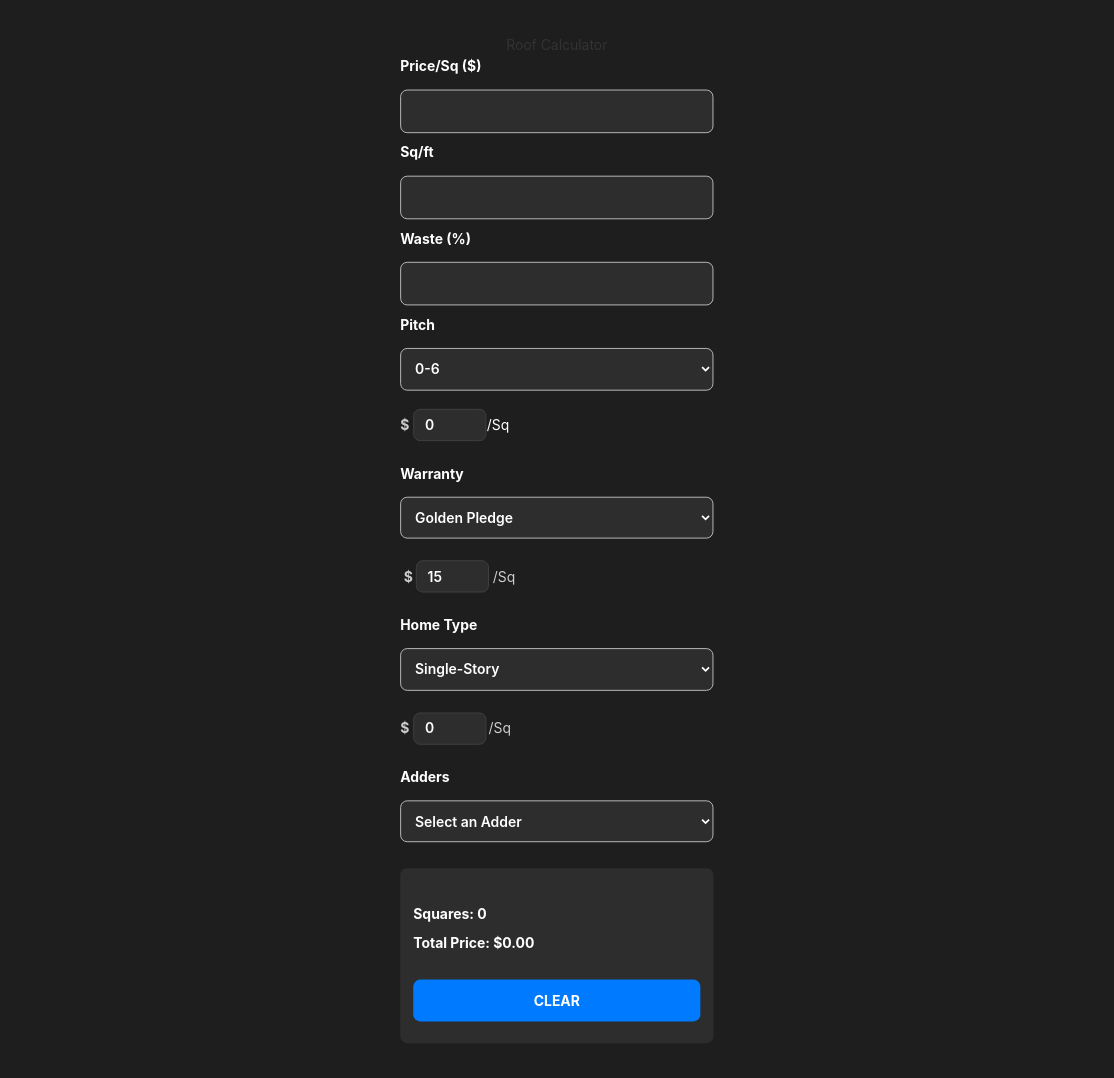
Repository: Tripp-L/roof-calc-app
Page: /
An editor plug-in stored every save of this project. The page is shown before and after the next save, followed by the edit.
The browser window is 1280 px wide. The pictures show the whole page, at 87% of full size.
The project was rebuilt for these pictures with package versions that can differ from the ones it lists, and the page was loaded fresh each time.

Above is the page before, as saved 2024-10-17 23:27:54.

### public/index.html
<!DOCTYPE html>
<html lang="en">
  <head>
    <meta charset="utf-8" />
    <meta name="viewport" content="width=device-width, initial-scale=1" />
    <title>Roof Calc App</title>
  </head>
  <body>
    <noscript>You need to enable JavaScript to run this app.</noscript>
    <div id="root"></div>
  </body>
</html>

### src/App.js
import React from 'react';
import RoofCalculator from './RoofCalculator';
import './App.css';

function App() {
  return (
    <div className="App">
      <RoofCalculator />
    </div>
  );
}

export default App;

### src/RoofCalculator.js
import React, { useState, useEffect, useCallback } from 'react';
import './RoofCalculator.css'; // Make sure to create this CSS file
import { debounce } from 'lodash'; // Make sure to install lodash

const RoofCalculator = () => {
  const [pricePerSq, setPricePerSq] = useState('');  // Initialize to empty string
  const [sqFt, setSqFt] = useState('');  // Keep this as empty string
  const [waste, setWaste] = useState('');  // Initialize to empty string
  const [pitch, setPitch] = useState('0-6');
  const [warranty, setWarranty] = useState('Golden Pledge');
  const [warrantyPrice, setWarrantyPrice] = useState('15');
  const [homeType, setHomeType] = useState('single');
  const [homeTypePrice, setHomeTypePrice] = useState('0');
  const [twoStoryPrice, setTwoStoryPrice] = useState('5');
  const [threeStoryPrice, setThreeStoryPrice] = useState('35');
  const [adder, setAdder] = useState('none');
  const [adderQuantity, setAdderQuantity] = useState('0');
  const [squares, setSquares] = useState(0);  // Initialize squares to 0
  const [totalPrice, setTotalPrice] = useState(0);
  const [pitchPrice, setPitchPrice] = useState('0');
  const [selectedAdders, setSelectedAdders] = useState({});

  // Define default values
  const defaultValues = {
    sqFt: '',
    waste: '10',
    pricePerSq: '',
    pitch: '0-6',
    pitchPrice: '0',
    homeType: 'single',
    homeTypePrice: '0',
    warranty: 'Golden Pledge',
    warrantyPrice: '15',
    adder: 'none',
    adderQuantity: '0'
  };

  // Function to reset all fields to default values
  // const handleClear = () => { ... };

  const pitchOptions = {
    '0-6': '0',
    '7-9': '35',
    '10-12': '55',
    '13+': '90'
  };

  const homeTypePrices = {
    'Single-Story Home': 0,
    '2-Story Home (+$/sq)': 5,
    '3-Story Home (+$/sq)': 35
  };

  const warrantyOptions = {
    'Golden Pledge': '15',
    'Silver Pledge': '11',
    'Systems': '8'
  };

  const homeTypeOptions = {
    'single': { label: 'Single-Story', price: '0' },
    'two-story': { label: '2-Story', price: '10' },
    'three-story': { label: '3-Story', price: '35' }
  };

  const adderOptions = {
    'none': { label: 'Select an Adder', price: '0' },
    'ultimate_pipe_boot': { label: 'Ultimate Pipe Boot (Neoprene)', price: '100', unit: 'Boot' },
    'soffit': { label: 'Soffit (under 12")', price: '18', unit: 'Ft' },
    'gutters_1story': { label: 'Gutters (5"-6" 1-Story)', price: '12', unit: 'Ft' },
    'gutters_2story': { label: 'Gutters (5"-6" 2-story)', price: '15', unit: 'Ft' },
    'osb': { label: 'OSB (Plywood Layer)', price: '100', unit: 'Sheet' }
  };

  const calculateTotal = () => {
    let total = 0;

    // Base calculation
    const baseSquares = Math.round(parseFloat(sqFt) / 100) || 0;
    const adjustedSquares = Math.round(baseSquares * (1 + (parseFloat(waste) || 0) / 100));
    total += adjustedSquares * (parseFloat(pricePerSq) || 0);

    // Add pitch price
    total += adjustedSquares * (parseFloat(pitchPrice) || 0);

    // Add home type price
    total += adjustedSquares * (parseFloat(homeTypePrice) || 0);

    // Add warranty price
    total += adjustedSquares * (parseFloat(warrantyPrice) || 0);

    // Add adder prices
    Object.entries(selectedAdders).forEach(([adderKey, quantity]) => {
      const adderPrice = parseFloat(adderOptions[adderKey].price);
      total += adderPrice * quantity;
    });

    setTotalPrice(Math.round(total * 100) / 100); // Round to 2 decimal places
    setSquares(adjustedSquares);
  };

  // Call calculateTotal whenever any input changes
  useEffect(() => {
    calculateTotal();
  }, [sqFt, waste, pricePerSq, pitchPrice, homeTypePrice, warrantyPrice, selectedAdders]);

  // Debounced calculation function
  const debouncedCalculate = debounce(calculateTotal, 300);

  // Input validation example
  const handleNumericInput = (e, setter, min = 0, max = Infinity) => {
    const value = e.target.value;
    if (value === '' || (parseFloat(value) >= min && parseFloat(value) <= max)) {
      setter(value);
      debouncedCalculate();
    }
  };

  useEffect(() => {
    calculateTotal();
  }, [sqFt, waste, pricePerSq]);

  const handlePricePerSqChange = (e) => {
    const value = e.target.value;
    if (value === '' || !isNaN(value)) {
      setPricePerSq(value);
      calculateTotal();
    }
  };

  const handlePricePerSqBlur = () => {
    if (pricePerSq === '') return;
    let value = parseInt(pricePerSq);
    if (isNaN(value) || value < 50) {
      setPricePerSq('50');
    } else if (value > 1000) {
      setPricePerSq('1000');
    } else {
      setPricePerSq(value.toString());
    }
    calculateTotal();
  };

  const handleSqFtChange = useCallback((e) => {
    handleNumericInput(e, setSqFt, 100, 100000);
  }, []);

  const handleSqFtBlur = () => {
    if (sqFt === '') return;
    let value = parseInt(sqFt);
    if (isNaN(value) || value < 100) {
      setSqFt('100');
    } else if (value > 100000) {
      setSqFt('100000');
    } else {
      setSqFt(value.toString());
    }
    calculateTotal();
  };

  const handleWasteChange = (e) => {
    const value = e.target.value;
    if (value === '' || !isNaN(value)) {
      setWaste(value);
      calculateTotal();
    }
  };

  const handleWasteBlur = () => {
    if (waste === '') return;
    let value = parseInt(waste);
    if (isNaN(value) || value < 0) {
      setWaste('0');
    } else if (value > 50) {
      setWaste('50');
    } else {
      value = Math.round(value / 5) * 5;
      setWaste(value.toString());
    }
    calculateTotal();
  };

  const handlePitchChange = (e) => {
    const selectedPitch = e.target.value;
    setPitch(selectedPitch);
    setPitchPrice(pitchOptions[selectedPitch]);
    calculateTotal();
  };

  const handlePitchPriceChange = (e) => {
    const value = e.target.value;
    if (value === '' || !isNaN(value)) {
      setPitchPrice(value);
      calculateTotal();
    }
  };

  const handlePitchPriceBlur = () => {
    let value = parseInt(pitchPrice);
    if (isNaN(value) || value < 0) {
      setPitchPrice('0');
    } else if (value > 1000) {
      setPitchPrice('1000');
    } else {
      setPitchPrice(value.toString());
    }
    calculateTotal();
  };

  const handleWarrantyChange = (e) => {
    const selectedWarranty = e.target.value;
    setWarranty(selectedWarranty);
    setWarrantyPrice(warrantyOptions[selectedWarranty]);
    calculateTotal();
  };

  const handleWarrantyPriceChange = (e) => {
    const value = e.target.value;
    if (value === '' || !isNaN(value)) {
      setWarrantyPrice(value);
      calculateTotal();
    }
  };

  const handleWarrantyPriceBlur = () => {
    let value = parseInt(warrantyPrice);
    if (isNaN(value) || value < 0) {
      setWarrantyPrice('0');
    } else if (value > 1000) {
      setWarrantyPrice('1000');
    } else {
      setWarrantyPrice(value.toString());
    }
    calculateTotal();
  };

  const handleHomeTypeChange = (e) => {
    const selectedType = e.target.value;
    setHomeType(selectedType);
    setHomeTypePrice(homeTypeOptions[selectedType].price);
    calculateTotal();
  };

  const handleHomeTypePriceChange = (e) => {
    const value = e.target.value;
    if (value === '' || !isNaN(value)) {
      setHomeTypePrice(value);
      calculateTotal();
    }
  };

  const handleHomeTypePriceBlur = () => {
    let value = parseInt(homeTypePrice);
    if (isNaN(value) || value < 0) {
      setHomeTypePrice('0');
    } else if (value > 1000) {
      setHomeTypePrice('1000');
    } else {
      setHomeTypePrice(value.toString());
    }
    calculateTotal();
  };

  const handleAdderChange = (e) => {
    const selectedAdder = e.target.value;
    if (selectedAdder !== 'none') {
      setSelectedAdders(prev => ({
        ...prev,
        [selectedAdder]: 1
      }));
    }
    calculateTotal();
  };

  const handleAdderQuantityChange = (adderKey, value) => {
    if (value === '' || (!isNaN(value) && parseInt(value) >= 0)) {
      setSelectedAdders(prev => ({
        ...prev,
        [adderKey]: value
      }));
      calculateTotal();
    }
  };

  const handleAdderQuantityBlur = (adderKey) => {
    let value = parseInt(selectedAdders[adderKey]);
    if (isNaN(value) || value < 0) {
      value = 0;
    } else if (value > 1000) {
      value = 1000;
    }
    setSelectedAdders(prev => ({
      ...prev,
      [adderKey]: value.toString()
    }));
    calculateTotal();
  };

  const removeAdder = (adderKey) => {
    setSelectedAdders(prev => {
      const newAdders = { ...prev };
      delete newAdders[adderKey];
      return newAdders;
    });
    calculateTotal();
  };

  const MemoizedInputGroup = React.memo(({ label, value, onChange, ...props }) => (
    <div className="input-group">
      <label>{label}</label>
      <input value={value} onChange={onChange} {...props} />
    </div>
  ));

  const clearCalculator = () => {
    setSqFt('');
    setWaste('10');
    setPricePerSq('');
    setPitch('0-6');
    setPitchPrice('0');
    setHomeType('single');
    setHomeTypePrice('0');
    setWarranty('Golden Pledge');
    setWarrantyPrice('15');
    setAdder('none');
    setAdderQuantity('0');
    setSquares(0);
    setTotalPrice(0);
  };

  return (
    <div className="calculator">
      <h1>Roof Calculator</h1>

      <div className="horizontal-inputs">
        <div className="horizontal-input-group">
          <label>Price/Sq ($)</label>
          <input
            type="number"
            value={pricePerSq}
            onChange={handlePricePerSqChange}
            onBlur={handlePricePerSqBlur}
            min="50"
            max="1000"
            step="1"
          />
        </div>

        <div className="horizontal-input-group">
          <label>Sq/ft</label>
          <input
            type="number"
            value={sqFt}
            onChange={handleSqFtChange}
            onBlur={handleSqFtBlur}
            min="100"
            max="100000"
            step="1"
          />
        </div>

        <div className="horizontal-input-group">
          <label>Waste (%)</label>
          <input
            type="number"
            value={waste}
            onChange={handleWasteChange}
            onBlur={handleWasteBlur}
            min="0"
            max="50"
            step="5"
          />
        </div>
      </div>

      <div className="input-group">
        <label>Pitch</label>
        <select value={pitch} onChange={handlePitchChange}>
          {Object.keys(pitchOptions).map(key => (
            <option key={key} value={key}>{key}</option>
          ))}
        </select>
        <div className="pitch-price-input">
          <span className="dollar-sign">$</span>
          <input
            type="number"
            value={pitchPrice}
            onChange={handlePitchPriceChange}
            onBlur={handlePitchPriceBlur}
            min="0"
            max="1000"
            step="1"
          />
          <span>/Sq</span>
        </div>
      </div>

      <div className="input-group">
        <label>Warranty</label>
        <select value={warranty} onChange={handleWarrantyChange}>
          {Object.keys(warrantyOptions).map(key => (
            <option key={key} value={key}>{key}</option>
          ))}
        </select>
        <div className="warranty-price-input">
          <span className="dollar-sign">$</span>
          <input
            type="number"
            value={warrantyPrice}
            onChange={handleWarrantyPriceChange}
            onBlur={handleWarrantyPriceBlur}
            min="0"
            max="1000"
            step="1"
          />
          <span>/Sq</span>
        </div>
      </div>

      <div className="input-group">
        <label>Home Type</label>
        <select value={homeType} onChange={handleHomeTypeChange}>
          {Object.entries(homeTypeOptions).map(([key, { label, price }]) => (
            <option key={key} value={key}>
              {key === 'single'
                ? label
                : `${label} +($${price})`}
            </option>
          ))}
        </select>
        <div className="price-input-wrapper">
          <span className="dollar-sign">$</span>
          <input
            type="number"
            value={homeTypePrice}
            onChange={handleHomeTypePriceChange}
            onBlur={handleHomeTypePriceBlur}
            min="0"
            max="1000"
            step="1"
          />
          <span>/Sq</span>
        </div>
      </div>

      <div className="input-group">
        <label>Adders</label>
        <select value="none" onChange={handleAdderChange}>
          <option value="none">Select an Adder</option>
          {Object.entries(adderOptions).map(([key, { label, price, unit }]) => (
            key !== 'none' && (
              <option key={key} value={key}>
                {`${label} ($${price}/${unit})`}
              </option>
            )
          ))}
        </select>
      </div>

      {Object.entries(selectedAdders).map(([adderKey, quantity]) => (
        <div key={adderKey} className="input-group selected-adder">
          <label>{adderOptions[adderKey].label}</label>
          <div className="adder-input-wrapper">
            <input
              type="number"
              value={quantity}
              onChange={(e) => handleAdderQuantityChange(adderKey, e.target.value)}
              onBlur={() => handleAdderQuantityBlur(adderKey)}
              min="0"
              max="1000"
              step="1"
            />
            <span>{adderOptions[adderKey].unit}(s)</span>
            <button className="remove-adder" onClick={() => removeAdder(adderKey)}>×</button>
          </div>
        </div>
      ))}

      <div className="results-container">
        <div className="results">
          <p>Squares: {squares}</p>
          <p>Total Price: ${totalPrice.toFixed(2)}</p>
        </div>
        <button className="clear-button clear-button-red" onClick={clearCalculator}>
          CLEAR
        </button>
      </div>
    </div>
  );
};

export default RoofCalculator;

### src/App.css
@import 'tailwindcss/base';
@import 'tailwindcss/components';
@import 'tailwindcss/utilities';

body {
  font-family: -apple-system, BlinkMacSystemFont, "Segoe UI", Roboto, Helvetica, Arial, sans-serif, "Apple Color Emoji", "Segoe UI Emoji", "Segoe UI Symbol";
}

input:focus, select:focus {
  outline: none;
}

.price-input-container {
  display: inline-flex;
  align-items: center;
  border: 1px solid #ccc;
  border-radius: 4px;
  overflow: hidden;
}

.price-symbol {
  padding-left: 8px;
  color: #666;
}

.price-input {
  border: none;
  outline: none;
  padding: 8px;
  width: 60px;
  font-size: 16px;
}

.price-input::-webkit-inner-spin-button,
.price-input::-webkit-outer-spin-button {
  opacity: 1;
}

.App {
  display: flex;
  flex-direction: column;
  min-height: 100vh;
  max-width: 100%;
  padding: 20px;
  font-size: 16px;
  line-height: 1.5;
  touch-action: manipulation;
}

@media (min-width: 768px) {
  .App {
    max-width: 90%;
    margin: 0 auto;
  }
}

@media (min-width: 1024px) {
  .App {
    max-width: 1200px;
  }
}

.App input,
.App select,
.App button {
  font-size: 16px;
  padding: 12px;
  margin: 10px 0;
  border-radius: 8px;
  border: 1px solid #ccc;
  width: 100%;
  box-sizing: border-box;
}

.App button {
  background-color: #007bff;
  color: white;
  border: none;
  cursor: pointer;
  transition: background-color 0.3s ease;
}

.App button:hover,
.App button:focus {
  background-color: #0056b3;
}

.App label {
  display: block;
  margin-bottom: 5px;
  font-weight: bold;
}

.sqft-input {
  width: 10%;
  padding: 8px;
  margin-top: 5px;
  border: 1px solid #ccc;
  border-radius: 4px;
  box-sizing: border-box;
}

.waste-select {
  width: 10%;
  padding: 8px;
  margin-top: 5px;
  border: 1px solid #ccc;
  border-radius: 4px;
  box-sizing: border-box;
}

.warranty-container {
  display: flex;
  align-items: center;
  margin-bottom: 10px;
}

.warranty-price-container {
  display: flex;
  align-items: center;
  margin-left: 10px;
}

.dollar-sign {
  margin-right: 5px;
  font-weight: bold;
}

.warranty-price-adjust {
  padding: 5px;
}

.warranty-price-adjust::before {
  content: "+";
  margin-right: 5px;
}

.warranty-adjust {
  margin-left: 10px;
}

.warranty-adjust select {
  margin-left: 5px;
}

.keypad button:last-child {
  grid-column: span 4;
  background-color: #f0f0f0;
  color: #333;
}

.digits button:last-child {
  background-color: #f0f0f0;
  color: #333;
  grid-column: span 2;
}

.home-type-section {
  margin-bottom: 20px;
}

.home-type-options {
  display: flex;
  justify-content: space-between;
  align-items: center;
  margin-bottom: 10px;
}

.home-type-options label {
  display: flex;
  align-items: center;
}

.price-input {
  display: flex;
  align-items: center;
  border: 1px solid #ccc;
  border-radius: 4px;
  padding: 5px;
}

.price-input span {
  margin-right: 5px;
}

.price-input input {
  border: none;
  outline: none;
  width: 60px;
}

### src/RoofCalculator.css
body {
  background-color: #1e1e1e;
  color: #ffffff;
  font-family: Arial, sans-serif;
}

.calculator {
  max-width: 400px;
  margin: 0 auto;
  padding: 20px;
}

.input-group {
  margin-bottom: 15px;
}

.input-group label {
  display: block;
  margin-bottom: 5px;
  font-weight: bold;
}

/* Style for the previously longer inputs */
.input-group input[type="number"] {
  width: 84px;
  height: 37px;
  background-color: #2d2d2d;
  color: white;
  border: 1px solid #444;
  padding: 2 8px;
  font-size: 16px;
  font-weight: 600;
  line-height: 22px;
  box-sizing: border-box;
  margin-bottom: 10px;
}

/* Style for select dropdowns and pitch price input */
.input-group select,
.warranty-price-input input,
.home-type-price-input input {
    width: 100%;
    height: 30px;
    background-color: #2d2d2d;
    color: white;
    border: 1px solid #444;
    padding: 0 8px;
    font-size: 14px;
    line-height: 30px;
    box-sizing: border-box;
    margin-bottom: 10px;
}

.input-group select,
.pitch-price-input input {
  width: 100%;
  height: 48.5px;
  background-color: #2d2d2d;
  color: white;
  border: 1px solid #444;
  padding: 2 8px;
  font-size: 14px;
  font-weight: 600;
  line-height: 30px;
  box-sizing: border-box;
}


.pitch-price-input,
.warranty-price-input,
.home-type-price-input {
  display: flex;
  align-items: center;
  margin-top: 1px;
  margin-bottom: 10px;
}

.dollar-sign {
  color: #ccc;
  margin-right: 2px;
}

label {
  display: block;
  margin-bottom: 20px;
}

input, select {
  width: 100%;
  padding: 8px;
  background-color: #2d2d2d;
  border: 1px solid #3d3d3d;
  color: #ffffff;
  margin-bottom: 20px;
}

.results {
  margin-top: 20px;
  font-weight: bold;
  font-size: 20px;
  margin-bottom: 10px;
}

h1 {
  text-align: center;
  color: #333;
  margin-bottom: 25px;
}

.calculator-section {
  margin-bottom: 20px;
}

.price-input-container {
  display: inline-flex;
  align-items: center;
  border: 1px solid #ccc;
  border-radius: 4px;
  overflow: hidden;
  margin-top: 20px;
  margin-bottom: 20px;
}

.price-symbol {
  padding: 0 8px;
  background-color: #f0f0f0;
  color: #666;
}

.price-input {
  width: 60px;
  border: none;
  padding: 8px;
  text-align: right;
  font-size: 16px;
  font-weight: 600;
  margin-top: 20px;
  margin-bottom: 20px;
}

.total {
  background-color: #f0f0f0;
  padding: 15px;
  border-radius: 5px;
  text-align: center;
  font-size: 25px;
  font-weight: 600;
  line-height: 22px;
  box-sizing: border-box;
  background-color: #2d2d2d;
  color: rgb(255, 255, 255);
}

.total h3 {
  margin: 10;
  color: #333;
  color: rgb(255, 255, 255);
}

.total p {
  font-size: 26px;
  font-weight: bold;
  color: #4CAF50;
  margin: 20px 0 0;
  color: rgb(255, 255, 255);
}

.warranty-price-input {
  display: flex;
  align-items: center;
  margin-top: 5px;
}

.warranty-price-input input {
  width: 60px;
  height: 30px;
  background-color: #2d2d2d;
  color: white;
  border: 1px solid #444;
  padding: 0 8px;
  font-size: 14px;
  line-height: 30px;
  box-sizing: border-box;
}

.warranty-price-input span {
  color: #ccc;
  margin: 0 4px;
}

.home-type-group {
  margin-bottom: 20px;
}

.home-type-label {
  font-size: 18px;
  font-weight: bold;
  color: #ffffff;
  margin-bottom: 10px;
  display: block;
}

.home-type-options {
  display: grid;
  grid-template-columns: auto 1fr auto;
  gap: 8px 12px;
  align-items: center;
}

.home-type-option input[type="radio"] {
  appearance: none;
  width: 12px;
  height: 12px;
  border: 2px solid #ffffff;
  border-radius: 50%;
  outline: none;
  cursor: pointer;
  margin: 0;
}

.home-type-option input[type="radio"]:checked {
  background-color: #ffffff;
  box-shadow: inset 0 0 0 2px #2d2d2d;
}

.home-type-text {
  color: #cccccc;
  font-size: 14px;
}

.home-type-price {
  color: #cccccc;
  font-size: 14px;
  justify-self: end;
}

.price-input-wrapper {
  display: flex;
  align-items: center;
  margin-top: 5px;
}

.price-input-wrapper input {
  width: 60px;
  height: 24px;
  background-color: #2d2d2d;
  color: white;
  border: 1px solid #444;
  padding: 0 5px;
  font-size: 14px;
}

.price-input-wrapper span:last-child {
  color: #ccc;
  margin-left: 2px;
}

.results-container {
  display: flex;
  flex-direction: column;
  background-color: #2d2d2d;
  padding: 15px;
  border-radius: 8px;
  margin-top: 20px;
}

.results {
  margin-bottom: 15px;
}

.results p {
  margin: 5px 0;
  font-size: 16px;
  color: #ffffff;
}

.results p:first-child {
  margin-bottom: 10px;
}

.clear-button {
  width: 100%;
  padding: 10px 0;
  background-color: #dc3545;  /* Changed to red */
  color: white;
  border: none;
  border-radius: 4px;
  font-size: 16px;
  font-weight: bold;
  text-transform: uppercase;
  cursor: pointer;
  transition: background-color 0.3s ease;
}

.clear-button:hover {
  background-color: #c82333;  /* Darker red on hover */
}

.clear-button:active {
  background-color: #bd2130;  /* Even darker red when active */
}

.selected-adder .adder-input-wrapper {
  display: flex;
  align-items: center;
}

.selected-adder input[type="number"] {
  width: 60px;
  margin-right: 5px;
}

.selected-adder span {
  margin-right: 10px;
}

.remove-adder {
  background: none !important;
  border: none;
  color: white;
  font-size: 1.2em;
  cursor: pointer;
  padding: 0;
  margin-left: 10px;
  line-height: 1;
}

.remove-adder:hover {
  color: #ff4d4d; /* Light red color on hover */
}

.adder-input-wrapper {
  display: flex;
  align-items: center;
}

.selected-adder input[type="number"] {
  width: 60px;
  margin-right: 5px;
}

.selected-adder span {
  margin-right: 10px;
}

Loaded but not shown: src/index.js (common file); tailwind.config.js (common file)

After the next save:
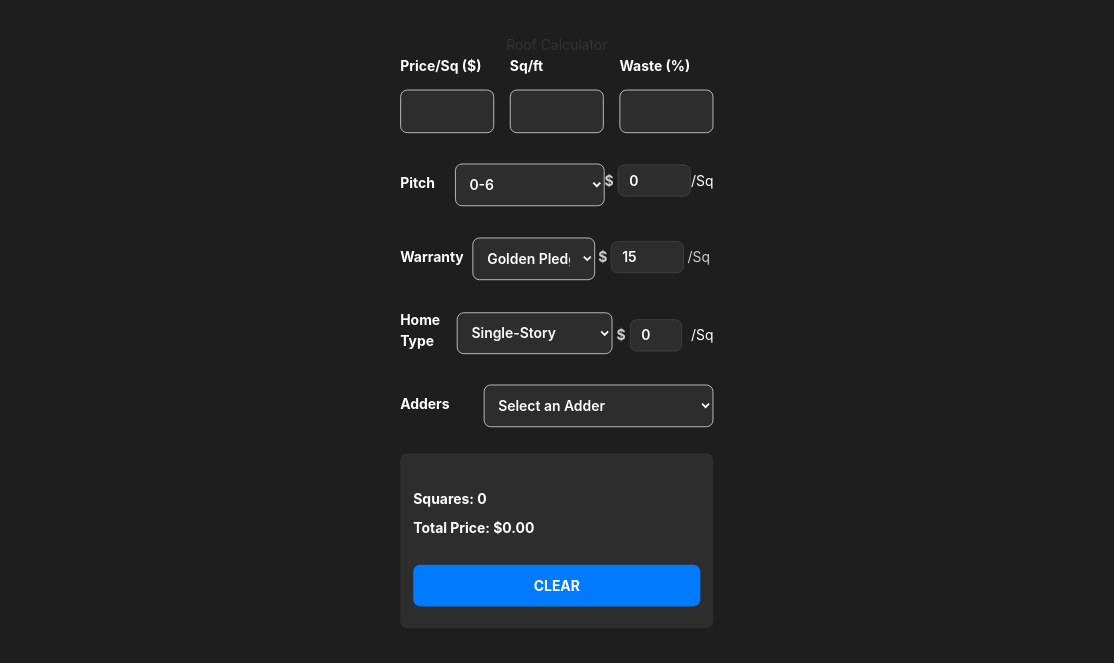
Saved 5 min 11 s later.
--- a/src/RoofCalculator.css
+++ b/src/RoofCalculator.css
@@ -11,13 +11,14 @@ body {
 }
 
 .input-group {
+  display: flex;
+  align-items: center;
   margin-bottom: 15px;
 }
 
 .input-group label {
-  display: block;
-  margin-bottom: 5px;
-  font-weight: bold;
+  width: 120px; /* Adjust as needed */
+  margin-right: 10px;
 }
 
 /* Style for the previously longer inputs */
@@ -240,19 +241,13 @@ h1 {
   margin-top: 5px;
 }
 
-.price-input-wrapper input {
-  width: 60px;
-  height: 24px;
-  background-color: #2d2d2d;
-  color: white;
-  border: 1px solid #444;
-  padding: 0 5px;
-  font-size: 14px;
-}
-
-.price-input-wrapper span:last-child {
-  color: #ccc;
-  margin-left: 2px;
+.price-input-wrapper input[type="number"] {
+  width: 60px;
+  margin-right: 5px;
+}
+
+.price-input-wrapper span {
+  margin-left: 5px;
 }
 
 .results-container {
@@ -342,3 +337,31 @@ h1 {
 .selected-adder span {
   margin-right: 10px;
 }
+
+/* Add this new class */
+.horizontal-inputs {
+  display: flex;
+  justify-content: space-between;
+  margin-bottom: 15px; /* Adjust as needed */
+}
+
+/* Modify the existing .input-group class */
+.input-group {
+  display: flex;
+  align-items: center;
+  margin-bottom: 15px;
+}
+
+/* Add this new class for the horizontal input groups */
+.horizontal-input-group {
+  width: 30%; /* Adjust this value to control spacing between inputs */
+}
+
+.horizontal-input-group label {
+  display: block;
+  margin-bottom: 5px;
+}
+
+.horizontal-input-group input[type="number"] {
+  width: 100%; /* Make the input fill its container */
+}
